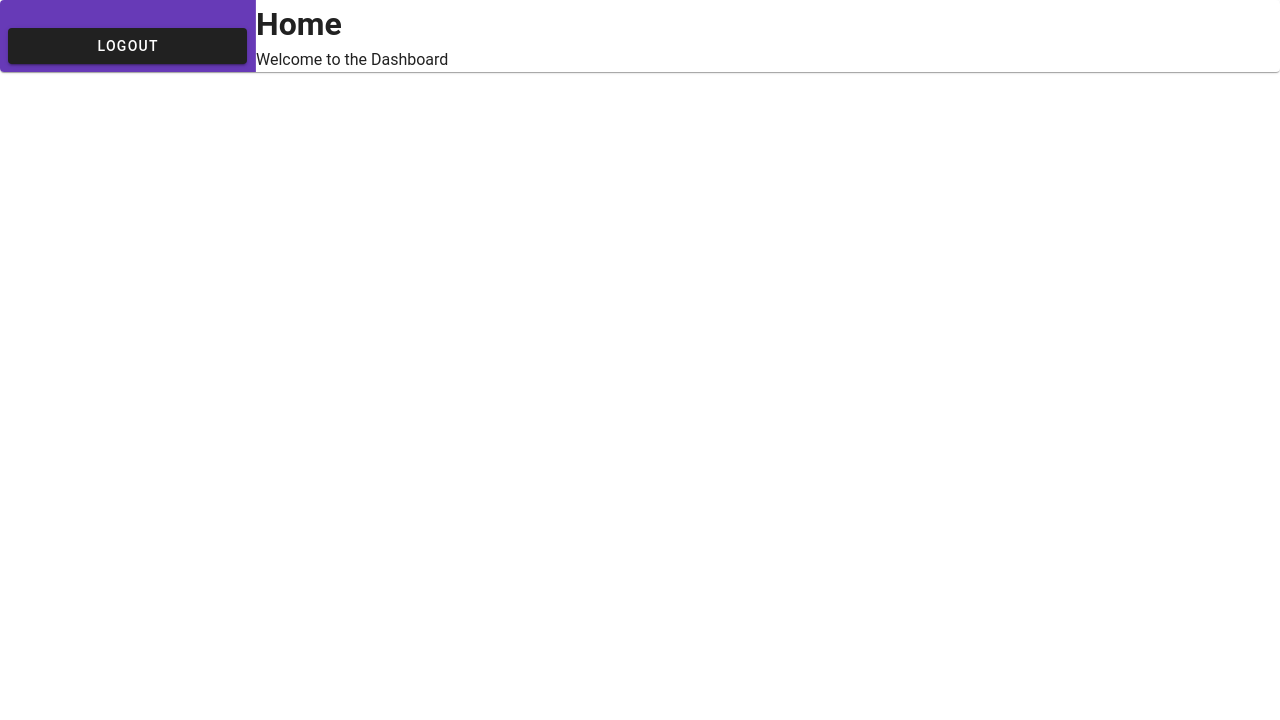
Repository: NtiSilva/Front_AG
Page: /
These files come from the project's save history. The page is drawn as it stood at one moment and after the next save; the edit follows.
The browser window is 1280 px wide. The pictures show the whole page.
The project was rebuilt for these pictures with package versions that can differ from the ones it lists, and the page was loaded fresh each time. Also part of the build but not shown: vite.config.mjs, src/components/Alert.vue, src/components/Atividades/FormActivities.vue, src/components/Atividades/index.vue, src/components/Clientes/FormClient.vue, src/components/Dialog.vue, src/components/DialogRemove.vue, src/components/Clientes/ListClients.vue and 9 more.

Above is the page before, as saved 2024-06-19 16:13:22.

### src/App.vue
<template>
  <v-app>
    <v-card>
    <v-layout>
      <v-navigation-drawer
        class="bg-deep-purple"
        theme="dark"
        permanent
      >
        <v-list color="transparent">
          <v-list-item prepend-icon="mdi-view-dashboard" title="Dashboard"></v-list-item>
          <v-list-item prepend-icon="mdi-account-box" title="Account"></v-list-item>
          <v-list-item prepend-icon="mdi-gavel" title="Admin"></v-list-item>
        </v-list>

        <template v-slot:append>
          <div class="pa-2">
            <v-btn block>
              Logout
            </v-btn>
          </div>
        </template>
      </v-navigation-drawer>

      <v-main style="height: 100%">
        <router-view />
      </v-main>
    </v-layout>
  </v-card>
  </v-app>
</template>

<script>
export default {
  name: 'App',
  methods: {
    navigateTo(route) {
      this.$router.push(route);
    },
  },
};
</script>

### src/plugins/vuetify.js
/**
 * plugins/vuetify.js
 *
 * Framework documentation: https://vuetifyjs.com`
 */

// Styles
import "@mdi/font/css/materialdesignicons.css";
import "vuetify/styles";

// Composables
import { createVuetify } from "vuetify";

// https://vuetifyjs.com/en/introduction/why-vuetify/#feature-guides
export default createVuetify({
  // theme: {
  //   defaultTheme: "",
  // },
});

### src/router/index.js
import { createRouter, createWebHistory } from "vue-router";
import Projects from "@/pages/Projects.vue";
import Activities from "@/pages/Activities.vue";
import Clients from "@/pages/Clients.vue";
import Home from "@/pages/HomePage.vue";

const routes = [
  {
    path: "/",
    name: "Home",
    component: Home,
  },
  {
    path: "/clients",
    name: "Clients",
    component: Clients,
  },
  {
    path: "/activities",
    name: "Activities",
    component: Activities,
  },
  {
    path: "/projects",
    name: "Projects",
    component: Projects,
  },
];

const router = createRouter({
  history: createWebHistory(process.env.BASE_URL),
  routes,
});

export default router;

### src/pages/HomePage.vue
<template>
  <div>
    <h1>Home</h1>
    <p>Welcome to the Dashboard</p>
  </div>
</template>

<script>
export default {
  name: 'Home',
};
</script>

Loaded but not shown: index.html (common file); src/main.js (common file); src/plugins/index.js (common file)

After the next save:
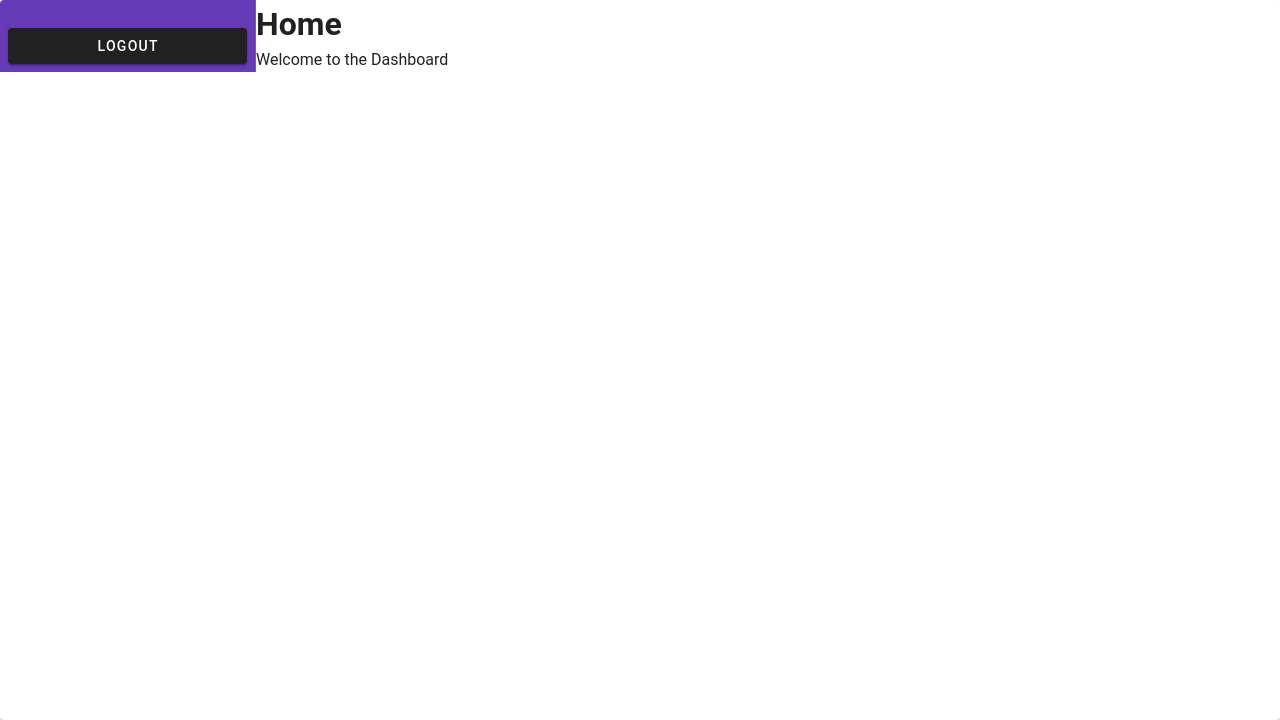
Saved 41 s later.
--- a/src/App.vue
+++ b/src/App.vue
@@ -1,6 +1,6 @@
 <template>
   <v-app>
-    <v-card>
+    <v-card style="height: 100%">
     <v-layout>
       <v-navigation-drawer
         class="bg-deep-purple"
